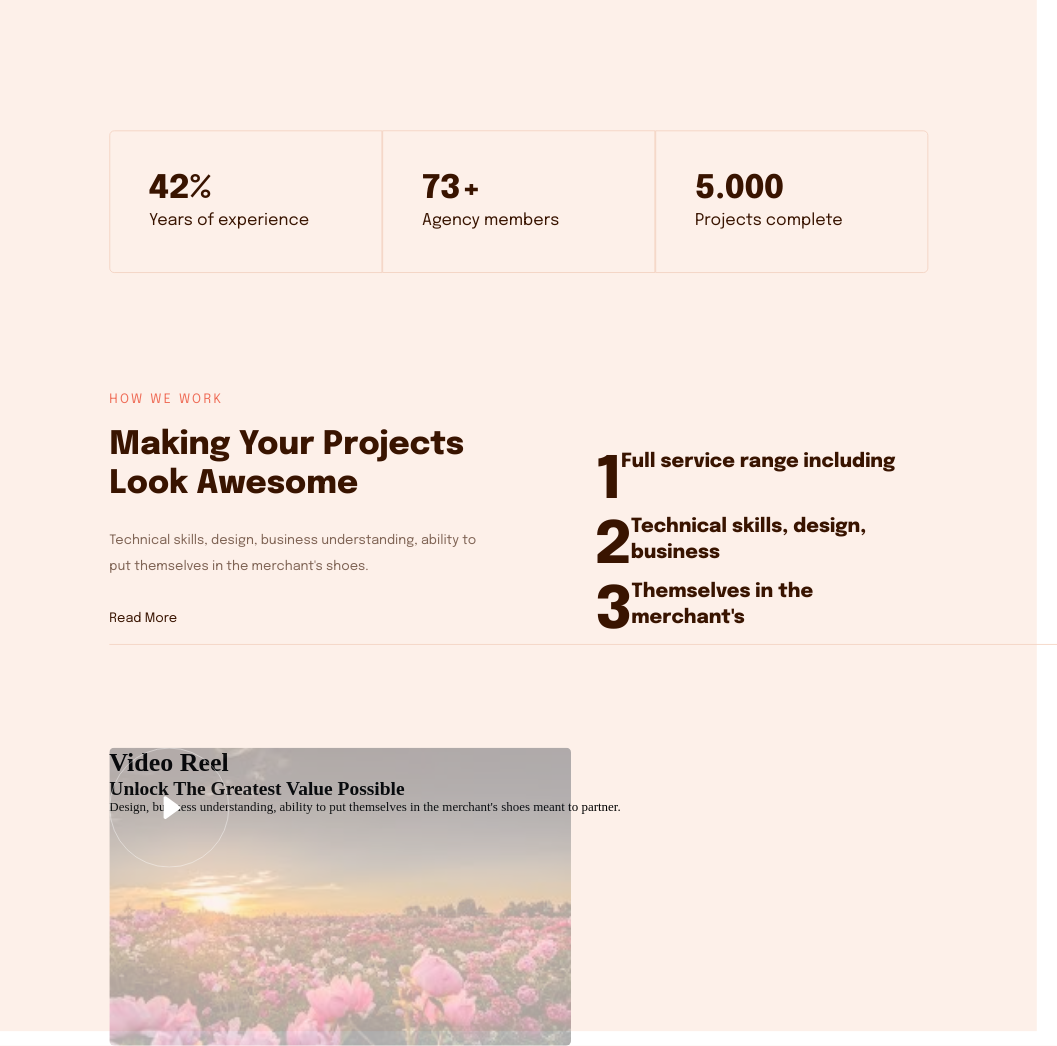
Repository: AytacJafarova/task2
Page: index.html
The author's editor kept a copy of each file at every save. The page is drawn from the files as they stood at one save, then again after the next save.
The browser window is 1280 px wide. The page is 1305 px wide, so the pictures cover 1305 px, including what lies to the right of the window. The pictures show the whole page, at 81% of full size.

Above is the page before, as saved 2023-08-01 14:20:07.

After the next save:
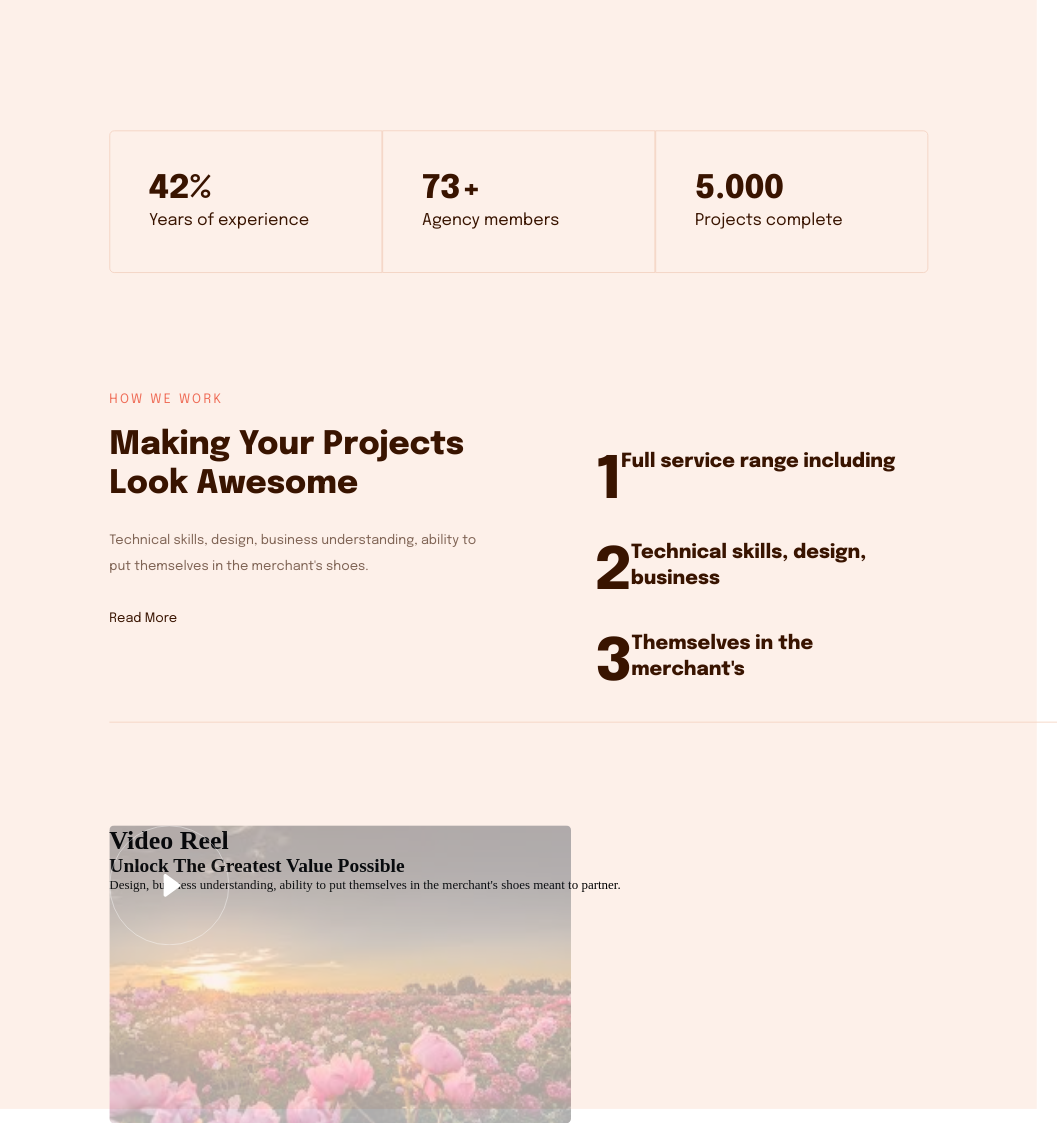
Saved 25 s later.
--- a/index.css
+++ b/index.css
@@ -105,7 +105,7 @@ text-decoration: none;
 .box2 ul li {
     display: flex;
     list-style-type:  none;
-/* margin-bottom: 32px; */
+margin-bottom: 32px;
 }
 .box2 ul li h1 {
     color: #391400;
